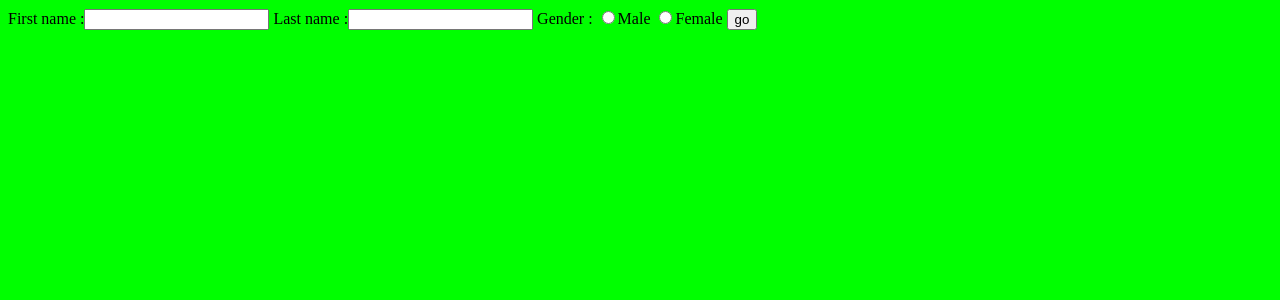
Repository: akale1992/Learning-HIBERNATE-SERVLETS
Page: jspdemo/WebContent/Welcome.html
An editor plug-in stored every save of this project. The page is shown before and after the next save, followed by the edit.
The browser window is 1280 px wide. The pictures show the whole page.

Above is the page before, as saved 2015-09-15 04:25:11.

After the next save:
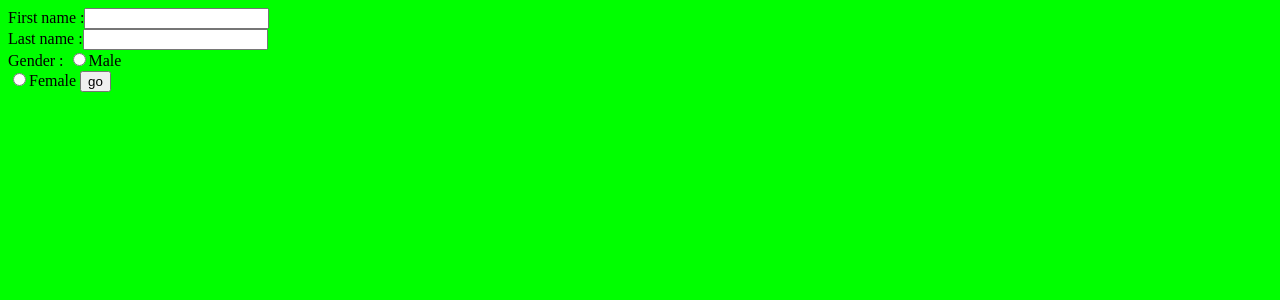
Saved 45 s later.
--- a/jspdemo/WebContent/Welcome.html
+++ b/jspdemo/WebContent/Welcome.html
@@ -6,9 +6,9 @@
 </head>
 <body bgcolor="lime">
 <form action="index.jsp">
-First name :<input type="text" name="fname">
-Last name  :<input type="text" name="lname">
-Gender : <input type="radio" value="male" name="r1">Male
+First name :<input type="text" name="fname"><br>
+Last name  :<input type="text" name="lname"><br>
+Gender : <input type="radio" value="male" name="r1">Male<br>
 <input type="radio" value="Female" name="r1">Female
 <input type="submit" value="go">
 </form>
